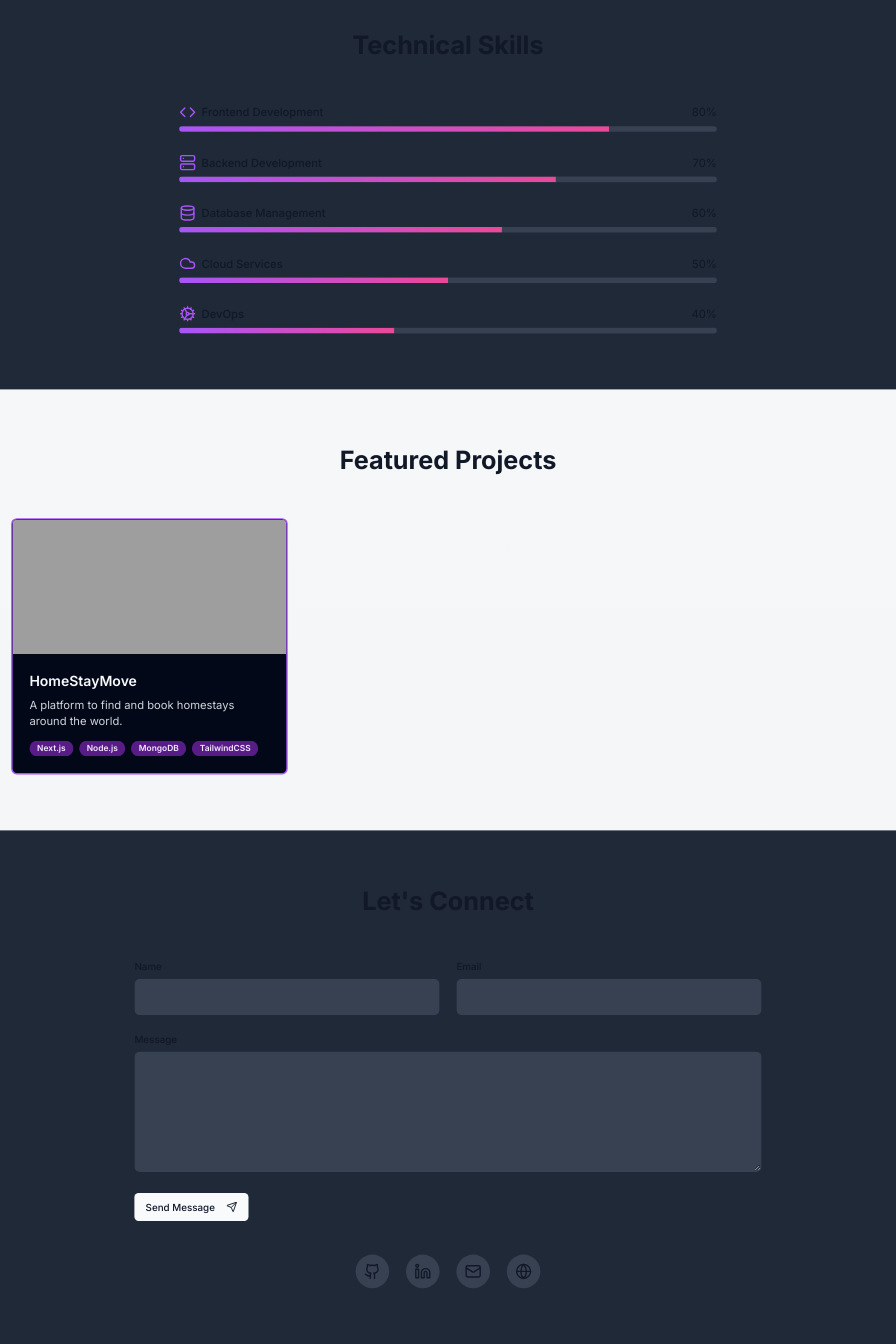
Repository: minhquang203/blog
Page: /
The author's editor kept a copy of each file at every save. The page is drawn from the files as they stood at one save, then again after the next save.
The browser window is 1280 px wide. The pictures show the part of the page from y = 756 to 2676 px (the page is 2676 px tall before and 2652 px after), at 70% of full size.
Pictures or frames that could not be fetched are drawn as grey boxes. The project was rebuilt for these pictures with package versions that can differ from the ones it lists, and the page was loaded fresh each time. The framework's server and built-in components were replaced by stand-ins that run in the browser. Also part of the build but not shown: next.config.ts.

Above is the page before, as saved 2024-12-31 00:33:08.

### app/layout.tsx
import { Inter } from 'next/font/google'
import './globals.css'

const inter = Inter({ subsets: ['latin'] })

export default function RootLayout({
  children,
}: {
  children: React.ReactNode
}) {
  return (
    <html lang="en" className="scroll-smooth">
      <head>
        <title>Minh Quang - Web Developer Portfolio</title>
        <meta name="description" content="Full Stack Web Developer specializing in React, Node.js, and modern web technologies" />
      </head>
      <body className={`${inter.className} dark:bg-gray-900`}>
        {children}
      </body>
    </html>
  )
}

### app/page.tsx
"use client";

import { ContactForm } from "@/components/ContactForm";
import { Navbar } from "@/components/Navbar";
import { ProjectCard } from "@/components/ProjectCard";
import { SkillBar } from "@/components/SkillBar";
import { Button } from "@/components/ui/button";
import { motion, useScroll } from "framer-motion";
import {
  ChevronDown,
  Cloud,
  Code,
  Cog,
  Database,
  Download,
  Github,
  Globe,
  Linkedin,
  Mail,
  Moon,
  Server,
  Sparkles,
  Sun,
} from "lucide-react";
import dynamic from "next/dynamic";
import Image from "next/image";
import { useState } from "react";

const AnimatedBackground = dynamic(
  () => import("@/components/AnimatedBackground"),
  { ssr: false }
);
const AnimatedCursor = dynamic(() => import("@/components/AnimatedCursor"), {
  ssr: false,
});

const fadeInUp = {
  hidden: { opacity: 0, y: 20 },
  visible: { opacity: 1, y: 0, transition: { duration: 0.6 } },
};

export default function Home() {
  const [theme, setTheme] = useState("dark");
  const { scrollY } = useScroll();
  const [activeSection, setActiveSection] = useState("home");

  const skills = [
    { name: "Frontend Development", level:80, icon: Code },
    { name: "Backend Development", level: 70, icon: Server },
    { name: "Database Management", level: 60, icon: Database },
    { name: "Cloud Services", level: 50, icon: Cloud },
    { name: "DevOps", level: 40, icon: Cog },
  ];

  const projects = [
    {
      title: "HomeStayMove",
      description:
        "A platform to find and book homestays around the world.",
      image: "/homestaymove.jpg?height=400&width=600", // Đảm bảo rằng bạn đã đặt hình ảnh này trong thư mục public
      tags: ["Next.js", "Node.js", "MongoDB", "TailwindCSS"],
      link: "https://homestaymove.example.com", // Thay thế bằng liên kết thực tế của dự án
      featured: true,
    },
  ];

  const toggleTheme = () => {
    setTheme(theme === "dark" ? "light" : "dark");
    document.documentElement.classList.toggle("dark");
  };

  return (
    <div
      className={`min-h-screen bg-gradient-to-b from-gray-50 to-gray-100 dark:from-gray-900 dark:to-gray-800 text-gray-900 dark:text-white transition-colors duration-300 ${theme}`}
    >
      <AnimatedCursor />
      <Navbar
        activeSection={activeSection}
        setActiveSection={setActiveSection}
      />

      {/* Hero Section */}
      <section
        id="home"
        className="relative min-h-screen flex items-center justify-center overflow-hidden"
      >
        <AnimatedBackground />
        <div className="container mx-auto px-4 z-10">
          <motion.div
            initial={{ opacity: 0, y: 20 }}
            animate={{ opacity: 1, y: 0 }}
            transition={{ duration: 0.8 }}
            className="text-center"
          >
            <motion.div
              initial={{ scale: 0 }}
              animate={{ scale: 1 }}
              transition={{ type: "spring", stiffness: 260, damping: 20 }}
              className="relative inline-block mb-8"
            >
              <div className="absolute inset-0 animate-pulse bg-gradient-to-r from-purple-400 to-pink-600 rounded-full blur-xl opacity-50"></div>
              <Image
                src="/minhquang.jpg?height=200&width=200"
                alt="Profile"
                width={200}
                height={200}
                className="rounded-full relative z-10 border-4 border-white dark:border-gray-800"
              />
            </motion.div>
            <motion.h1
              className="text-6xl font-bold mb-4 bg-clip-text text-transparent bg-gradient-to-r from-purple-400 to-pink-600"
              initial={{ opacity: 0 }}
              animate={{ opacity: 1 }}
              transition={{ delay: 0.2 }}
            >
              Trần Minh Quang
            </motion.h1>
            <motion.p
              className="text-xl mb-8 text-gray-600 dark:text-gray-300"
              initial={{ opacity: 0 }}
              animate={{ opacity: 1 }}
              transition={{ delay: 0.3 }}
            >
              Blog cá nhân học hỏi và chia sẻ kiến thức về lập trình
            </motion.p>
            <motion.div
              initial={{ opacity: 0 }}
              animate={{ opacity: 1 }}
              transition={{ delay: 0.4 }}
              className="flex justify-center gap-4"
            >
              <Button className="group">
                View Projects
                <Sparkles className="ml-2 h-4 w-4 transition-transform group-hover:rotate-12" />
              </Button>
              <Button variant="outline" className="group">
                Download CV
                <Download className="ml-2 h-4 w-4 transition-transform group-hover:-translate-y-1" />
              </Button>
            </motion.div>
          </motion.div>
        </div>
        <motion.div
          animate={{ y: [0, -10, 0] }}
          transition={{ duration: 2, repeat: Infinity }}
          className="absolute bottom-10 left-1/2 transform -translate-x-1/2"
        >
          <ChevronDown className="h-6 w-6 text-gray-400" />
        </motion.div>
      </section>

      {/* Skills Section */}
      <section id="skills" className="py-20 bg-white dark:bg-gray-800">
        <div className="container mx-auto px-4">
          <motion.h2
            className="text-4xl font-bold text-center mb-16"
            initial={{ opacity: 0 }}
            whileInView={{ opacity: 1 }}
            viewport={{ once: true }}
          >
            Technical Skills
          </motion.h2>
          <div className="max-w-3xl mx-auto space-y-8">
            {skills.map((skill, index) => (
              <SkillBar key={index} skill={skill} index={index} />
            ))}
          </div>
        </div>
      </section>

      {/* Projects Section */}
      <section id="projects" className="py-20">
        <div className="container mx-auto px-4">
          <motion.h2
            className="text-4xl font-bold text-center mb-16"
            initial={{ opacity: 0 }}
            whileInView={{ opacity: 1 }}
            viewport={{ once: true }}
          >
            Featured Projects
          </motion.h2>
          <div className="grid grid-cols-1 md:grid-cols-2 lg:grid-cols-3 gap-8">
            {projects.map((project, index) => (
              <ProjectCard key={index} project={project} index={index} />
            ))}
          </div>
        </div>
      </section>

      {/* Contact Section */}
      <section id="contact" className="py-20 bg-white dark:bg-gray-800">
        <div className="container mx-auto px-4">
          <motion.h2
            className="text-4xl font-bold text-center mb-16"
            initial={{ opacity: 0 }}
            whileInView={{ opacity: 1 }}
            viewport={{ once: true }}
          >
            Let's Connect
          </motion.h2>
          <div className="max-w-4xl mx-auto">
            <ContactForm />
          </div>
          <motion.div
            className="flex justify-center space-x-6 mt-12"
            initial={{ opacity: 0 }}
            whileInView={{ opacity: 1 }}
            viewport={{ once: true }}
          >
            {[
              { icon: Github, href: "https://github.com", label: "GitHub" },
              {
                icon: Linkedin,
                href: "https://linkedin.com",
                label: "LinkedIn",
              },
              {
                icon: Mail,
                href: "mailto:contact@example.com",
                label: "Email",
              },
              { icon: Globe, href: "https://example.com", label: "Website" },
            ].map((item, index) => (
              <motion.a
                key={index}
                href={item.href}
                target="_blank"
                rel="noopener noreferrer"
                className="social-icon p-3 rounded-full bg-gray-100 dark:bg-gray-700 hover:bg-purple-100 dark:hover:bg-purple-900 transition-colors"
                whileHover={{ scale: 1.1 }}
                whileTap={{ scale: 0.95 }}
              >
                <item.icon className="h-6 w-6" />
                <span className="sr-only">{item.label}</span>
              </motion.a>
            ))}
          </motion.div>
        </div>
      </section>

      <Button
        className="fixed bottom-4 right-4 rounded-full p-2"
        variant="outline"
        size="icon"
        onClick={toggleTheme}
      >
        {theme === "dark" ? (
          <Sun className="h-5 w-5" />
        ) : (
          <Moon className="h-5 w-5" />
        )}
      </Button>
    </div>
  );
}

### components/ContactForm.tsx
'use client'

import { useState } from 'react'
import { motion } from 'framer-motion'
import { Button } from "@/components/ui/button"
import { Send } from 'lucide-react'

export function ContactForm() {
  const [isSubmitting, setIsSubmitting] = useState(false)

  const handleSubmit = async (e: React.FormEvent) => {
    e.preventDefault()
    setIsSubmitting(true)
    // Add your form submission logic here
    await new Promise(resolve => setTimeout(resolve, 1000))
    setIsSubmitting(false)
  }

  return (
    <motion.form
      initial={{ opacity: 0 }}
      whileInView={{ opacity: 1 }}
      viewport={{ once: true }}
      className="space-y-6"
      onSubmit={handleSubmit}
    >
      <div className="grid grid-cols-1 md:grid-cols-2 gap-6">
        <div>
          <label htmlFor="name" className="block text-sm font-medium mb-2">Name</label>
          <input
            type="text"
            id="name"
            required
            className="w-full p-3 rounded-lg bg-gray-100 dark:bg-gray-700 border-2 border-transparent focus:border-purple-500 transition-colors"
          />
        </div>
        <div>
          <label htmlFor="email" className="block text-sm font-medium mb-2">Email</label>
          <input
            type="email"
            id="email"
            required
            className="w-full p-3 rounded-lg bg-gray-100 dark:bg-gray-700 border-2 border-transparent focus:border-purple-500 transition-colors"
          />
        </div>
      </div>
      <div>
        <label htmlFor="message" className="block text-sm font-medium mb-2">Message</label>
        <textarea
          id="message"
          required
          rows={6}
          className="w-full p-3 rounded-lg bg-gray-100 dark:bg-gray-700 border-2 border-transparent focus:border-purple-500 transition-colors"
        ></textarea>
      </div>
      <Button
        type="submit"
        className="w-full md:w-auto"
        disabled={isSubmitting}
      >
        {isSubmitting ? (
          'Sending...'
        ) : (
          <>
            Send Message
            <Send className="ml-2 h-4 w-4" />
          </>
        )}
      </Button>
    </motion.form>
  )
}

### components/ProjectCard.tsx
'use client'

import Image from 'next/image'
import { motion } from 'framer-motion'
import { Card, CardContent } from "@/components/ui/card"
import { Badge } from "@/components/ui/badge"
import { ExternalLink, Github } from 'lucide-react'

interface ProjectCardProps {
  project: {
    title: string
    description: string
    image: string
    tags: string[]
    link: string
    featured?: boolean
  }
  index: number
}

export function ProjectCard({ project, index }: ProjectCardProps) {
  return (
    <motion.div
      initial={{ opacity: 0, y: 50 }}
      whileInView={{ opacity: 1, y: 0 }}
      transition={{ duration: 0.5, delay: index * 0.1 }}
    >
      <Card className={`overflow-hidden hover:shadow-xl transition-shadow duration-300 ${
        project.featured ? 'border-2 border-purple-500' : ''
      }`}>
        <div className="relative group">
          <Image
            src={project.image}
            alt={project.title}
            width={600}
            height={400}
            className="w-full h-48 object-cover transition-transform duration-300 group-hover:scale-110"
          />
          <div className="absolute inset-0 bg-black bg-opacity-50 opacity-0 group-hover:opacity-100 transition-opacity duration-300 flex items-center justify-center">
            <div className="flex space-x-4">
              <a
                href={project.link}
                target="_blank"
                rel="noopener noreferrer"
                className="p-2 bg-white rounded-full hover:bg-purple-500 hover:text-white transition-colors"
              >
                <ExternalLink className="h-6 w-6" />
              </a>
              <a
                href="#"
                target="_blank"
                rel="noopener noreferrer"
                className="p-2 bg-white rounded-full hover:bg-purple-500 hover:text-white transition-colors"
              >
                <Github className="h-6 w-6" />
              </a>
            </div>
          </div>
        </div>
        <CardContent className="p-6">
          <h3 className="text-xl font-semibold mb-2">{project.title}</h3>
          <p className="text-gray-600 dark:text-gray-300 mb-4">{project.description}</p>
          <div className="flex flex-wrap gap-2">
            {project.tags.map((tag, tagIndex) => (
              <Badge key={tagIndex} variant="secondary" className="bg-purple-100 dark:bg-purple-900 text-purple-800 dark:text-purple-100">
                {tag}
              </Badge>
            ))}
          </div>
        </CardContent>
      </Card>
    </motion.div>
  )
}

### components/SkillBar.tsx
'use client'

import { motion } from 'framer-motion'
import { type LucideIcon } from 'lucide-react'

interface SkillBarProps {
  skill: {
    name: string
    level: number
    icon: LucideIcon
  }
  index: number
}

export function SkillBar({ skill, index }: SkillBarProps) {
  return (
    <motion.div
      initial={{ opacity: 0, x: -50 }}
      whileInView={{ opacity: 1, x: 0 }}
      transition={{ duration: 0.5, delay: index * 0.1 }}
      className="relative"
    >
      <div className="flex items-center mb-2">
        <skill.icon className="h-6 w-6 mr-2 text-purple-500" />
        <span className="font-medium">{skill.name}</span>
        <span className="ml-auto">{skill.level}%</span>
      </div>
      <div className="h-2 bg-gray-200 dark:bg-gray-700 rounded-full overflow-hidden">
        <motion.div
          className="h-full bg-gradient-to-r from-purple-500 to-pink-500"
          initial={{ width: 0 }}
          whileInView={{ width: `${skill.level}%` }}
          transition={{ duration: 1, delay: index * 0.1 }}
        />
      </div>
    </motion.div>
  )
}

### components/ui/button.tsx
import * as React from "react"
import { Slot } from "@radix-ui/react-slot"
import { cva, type VariantProps } from "class-variance-authority"

import { cn } from "@/lib/utils"

const buttonVariants = cva(
  "inline-flex items-center justify-center gap-2 whitespace-nowrap rounded-md text-sm font-medium ring-offset-background transition-colors focus-visible:outline-none focus-visible:ring-2 focus-visible:ring-ring focus-visible:ring-offset-2 disabled:pointer-events-none disabled:opacity-50 [&_svg]:pointer-events-none [&_svg]:size-4 [&_svg]:shrink-0",
  {
    variants: {
      variant: {
        default: "bg-primary text-primary-foreground hover:bg-primary/90",
        destructive:
          "bg-destructive text-destructive-foreground hover:bg-destructive/90",
        outline:
          "border border-input bg-background hover:bg-accent hover:text-accent-foreground",
        secondary:
          "bg-secondary text-secondary-foreground hover:bg-secondary/80",
        ghost: "hover:bg-accent hover:text-accent-foreground",
        link: "text-primary underline-offset-4 hover:underline",
      },
      size: {
        default: "h-10 px-4 py-2",
        sm: "h-9 rounded-md px-3",
        lg: "h-11 rounded-md px-8",
        icon: "h-10 w-10",
      },
    },
    defaultVariants: {
      variant: "default",
      size: "default",
    },
  }
)

export interface ButtonProps
  extends React.ButtonHTMLAttributes<HTMLButtonElement>,
    VariantProps<typeof buttonVariants> {
  asChild?: boolean
}

const Button = React.forwardRef<HTMLButtonElement, ButtonProps>(
  ({ className, variant, size, asChild = false, ...props }, ref) => {
    const Comp = asChild ? Slot : "button"
    return (
      <Comp
        className={cn(buttonVariants({ variant, size, className }))}
        ref={ref}
        {...props}
      />
    )
  }
)
Button.displayName = "Button"

export { Button, buttonVariants }

### components/AnimatedBackground.tsx
'use client'

import { motion } from 'framer-motion'

export default function AnimatedBackground() {
  return (
    <div className="absolute inset-0 overflow-hidden">
      <div className="absolute inset-0 bg-gradient-to-b from-purple-500/10 to-pink-500/10 dark:from-purple-900/20 dark:to-pink-900/20" />
      {[...Array(50)].map((_, i) => (
        <motion.div
          key={i}
          className="absolute bg-gradient-to-b from-purple-400 to-pink-400 rounded-full opacity-20 dark:opacity-40"
          initial={{
            x: Math.random() * window.innerWidth,
            y: Math.random() * window.innerHeight,
            scale: Math.random() * 0.5 + 0.5,
          }}
          animate={{
            x: Math.random() * window.innerWidth,
            y: Math.random() * window.innerHeight,
            transition: {
              duration: Math.random() * 10 + 20,
              repeat: Infinity,
              repeatType: "reverse",
            },
          }}
          style={{
            width: Math.random() * 100 + 50,
            height: Math.random() * 100 + 50,
          }}
        />
      ))}
    </div>
  )
}

### components/AnimatedCursor.tsx
'use client'

import { useEffect, useState } from 'react'
import { motion, useSpring } from 'framer-motion'

export default function AnimatedCursor() {
  const [mousePosition, setMousePosition] = useState({ x: 0, y: 0 })
  const [isClient, setIsClient] = useState(false)

  const smoothMouse = useSpring(mousePosition)

  useEffect(() => {
    setIsClient(true)
    const updateMousePosition = (e: MouseEvent) => {
      setMousePosition({ x: e.clientX, y: e.clientY })
    }

    window.addEventListener('mousemove', updateMousePosition)
    return () => window.removeEventListener('mousemove', updateMousePosition)
  }, [])

  if (!isClient) return null

  return (
    <motion.div
      className="fixed top-0 left-0 pointer-events-none z-50 rounded-full mix-blend-difference"
      style={{
        x: smoothMouse.x,
        y: smoothMouse.y,
        width: 20,
        height: 20,
        backgroundColor: 'rgba(124, 58, 237, 0.5)',
      }}
    />
  )
}

### components/ui/card.tsx
import * as React from "react"

import { cn } from "@/lib/utils"

const Card = React.forwardRef<
  HTMLDivElement,
  React.HTMLAttributes<HTMLDivElement>
>(({ className, ...props }, ref) => (
  <div
    ref={ref}
    className={cn(
      "rounded-lg border bg-card text-card-foreground shadow-sm",
      className
    )}
    {...props}
  />
))
Card.displayName = "Card"

const CardHeader = React.forwardRef<
  HTMLDivElement,
  React.HTMLAttributes<HTMLDivElement>
>(({ className, ...props }, ref) => (
  <div
    ref={ref}
    className={cn("flex flex-col space-y-1.5 p-6", className)}
    {...props}
  />
))
CardHeader.displayName = "CardHeader"

const CardTitle = React.forwardRef<
  HTMLDivElement,
  React.HTMLAttributes<HTMLDivElement>
>(({ className, ...props }, ref) => (
  <div
    ref={ref}
    className={cn(
      "text-2xl font-semibold leading-none tracking-tight",
      className
    )}
    {...props}
  />
))
CardTitle.displayName = "CardTitle"

const CardDescription = React.forwardRef<
  HTMLDivElement,
  React.HTMLAttributes<HTMLDivElement>
>(({ className, ...props }, ref) => (
  <div
    ref={ref}
    className={cn("text-sm text-muted-foreground", className)}
    {...props}
  />
))
CardDescription.displayName = "CardDescription"

const CardContent = React.forwardRef<
  HTMLDivElement,
  React.HTMLAttributes<HTMLDivElement>
>(({ className, ...props }, ref) => (
  <div ref={ref} className={cn("p-6 pt-0", className)} {...props} />
))
CardContent.displayName = "CardContent"

const CardFooter = React.forwardRef<
  HTMLDivElement,
  React.HTMLAttributes<HTMLDivElement>
>(({ className, ...props }, ref) => (
  <div
    ref={ref}
    className={cn("flex items-center p-6 pt-0", className)}
    {...props}
  />
))
CardFooter.displayName = "CardFooter"

export { Card, CardHeader, CardFooter, CardTitle, CardDescription, CardContent }

### components/ui/badge.tsx
import * as React from "react"
import { cva, type VariantProps } from "class-variance-authority"

import { cn } from "@/lib/utils"

const badgeVariants = cva(
  "inline-flex items-center rounded-full border px-2.5 py-0.5 text-xs font-semibold transition-colors focus:outline-none focus:ring-2 focus:ring-ring focus:ring-offset-2",
  {
    variants: {
      variant: {
        default:
          "border-transparent bg-primary text-primary-foreground hover:bg-primary/80",
        secondary:
          "border-transparent bg-secondary text-secondary-foreground hover:bg-secondary/80",
        destructive:
          "border-transparent bg-destructive text-destructive-foreground hover:bg-destructive/80",
        outline: "text-foreground",
      },
    },
    defaultVariants: {
      variant: "default",
    },
  }
)

export interface BadgeProps
  extends React.HTMLAttributes<HTMLDivElement>,
    VariantProps<typeof badgeVariants> {}

function Badge({ className, variant, ...props }: BadgeProps) {
  return (
    <div className={cn(badgeVariants({ variant }), className)} {...props} />
  )
}

export { Badge, badgeVariants }

Loaded but not shown: lib/utils.ts (common file); tailwind.config.ts (common file); app/globals.css (252 lines, source omitted); components/Navbar.tsx (117 lines, source omitted)

After the next save:
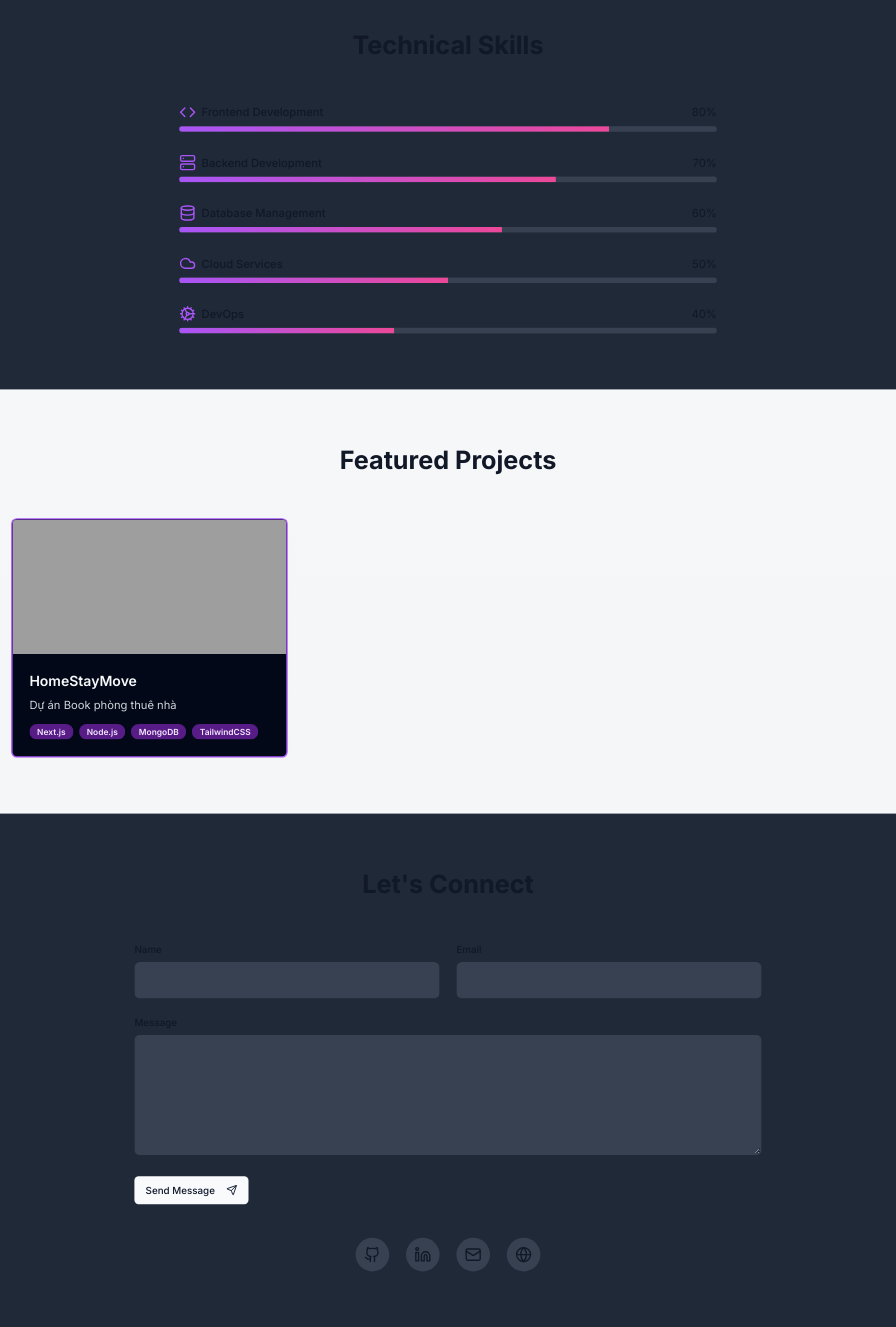
Saved 17 s later.
--- a/app/page.tsx
+++ b/app/page.tsx
@@ -56,7 +56,7 @@ export default function Home() {
     {
       title: "HomeStayMove",
       description:
-        "A platform to find and book homestays around the world.",
+        "Dự án Book phòng thuê nhà ",
       image: "/homestaymove.jpg?height=400&width=600", // Đảm bảo rằng bạn đã đặt hình ảnh này trong thư mục public
       tags: ["Next.js", "Node.js", "MongoDB", "TailwindCSS"],
       link: "https://homestaymove.example.com", // Thay thế bằng liên kết thực tế của dự án
